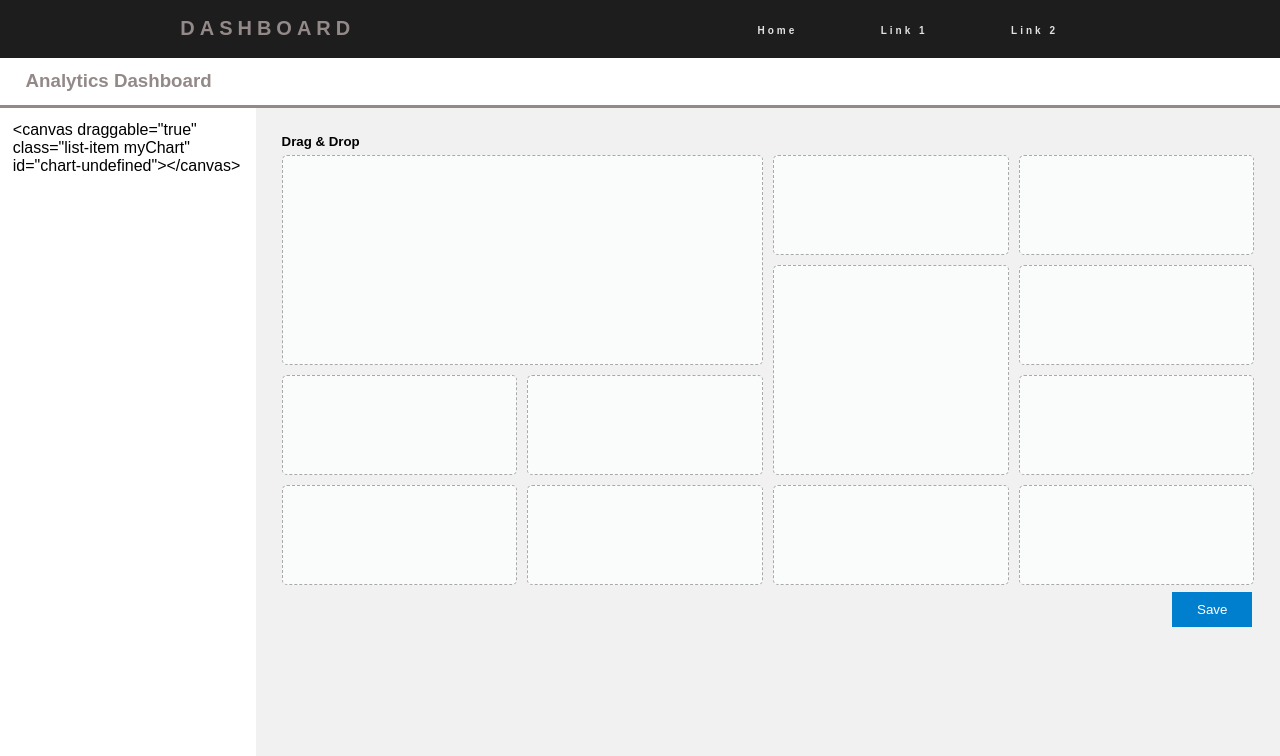
Repository: nourabdelhakam/drag-drop
Page: index.html
The author's editor kept a copy of each file at every save. The page is drawn from the files as they stood at one save, then again after the next save.
The browser window is 1280 px wide. The pictures show the whole page.
Some web libraries are served in a nearby version.

Above is the page before, as saved 2020-07-05 17:47:05.
Console error: TypeError: Cannot read properties of null (reading 'getContext')

After the next save:
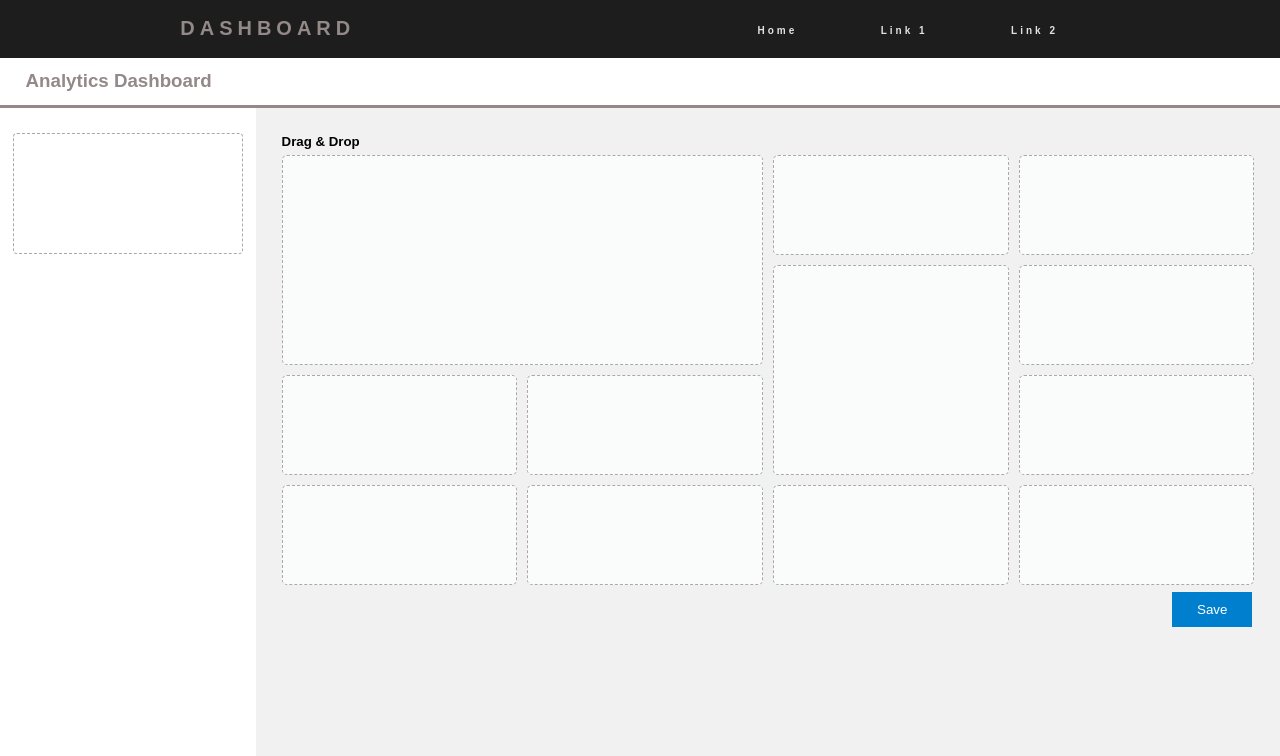
Saved 11 s later.
--- a/chart.js
+++ b/chart.js
@@ -14,7 +14,7 @@ console.log(chartData);
       canvas.className = "list-item";
       canvas.setAttribute('draggable','true');
       canvas.id = chart.id;
-        chartWrapper.append(html);
+        chartWrapper.appendChild(canvas);
         console.log(chartWrapper);
 
         var  el = document.getElementById('chart-'+chart.id).getContext('2d');
